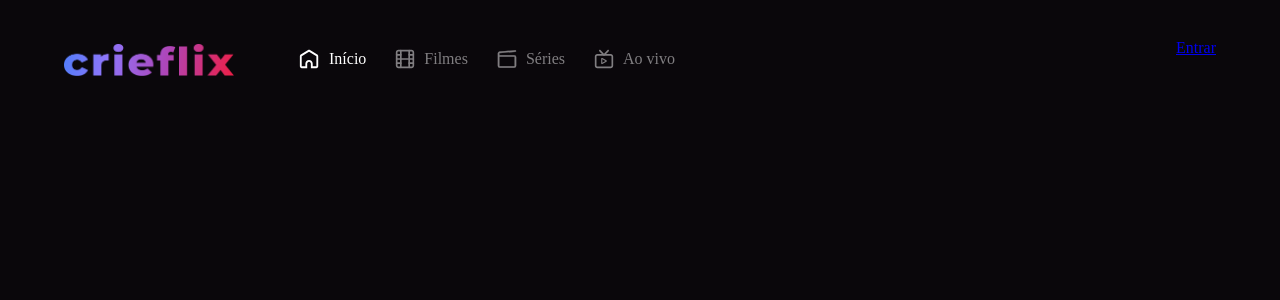
Repository: Carolden/CrieFlix
Page: index.html
An editor plug-in stored every save of this project. The page is shown before and after the next save, followed by the edit.
The browser window is 1280 px wide. The pictures show the whole page.

Above is the page before, as saved 2023-05-11 21:56:11.

### index.html
<!DOCTYPE html>
<html lang="pt-BR">
<head>
    <meta charset="UTF-8">
    <meta http-equiv="X-UA-Compatible" content="IE=edge">
    <meta name="viewport" content="width=device-width, initial-scale=1.0">
    <title>crieflix</title>

    <link rel="stylesheet" href="styles/base/base.css">
    <link rel="stylesheet" href="styles/components/button.css">
    <link rel="stylesheet" href="styles/layout/header.css">
    <link rel="stylesheet" href="styles/base/reset.css">

    <link rel="preconnect" href="https://fonts.googleapis.com">
    <link rel="preconnect" href="https://fonts.gstatic.com" crossorigin>
    <link href="https://fonts.googleapis.com/css2?family=Questrial&display=swap" rel="stylesheet">
</head>
<body>

        <header class="header">
        <img src="images/logo.png" alt="Logo da crieflix" class="header__logo">
        <nav class="header__menu">
            <a href="#" class="header__menu__item header__menu__item--active">
                <svg width="23" height="22" viewBox="0 0 23 22" xmlns="http://www.w3.org/2000/svg">
                    <path d="M18.375 18.3011V8.1706L11.0417 3.69633L3.70833 8.1706V18.3011H7.375V15.7377C7.375 14.7488 7.76131 13.8005 8.44894 13.1012C9.13658 12.402 10.0692 12.0091 11.0417 12.0091C12.0141 12.0091 12.9468 12.402 13.6344 13.1012C14.322 13.8005 14.7083 14.7488 14.7083 15.7377V18.3011H18.375ZM12.875 20.1654V15.7377C12.875 15.2433 12.6818 14.7691 12.338 14.4195C11.9942 14.0698 11.5279 13.8734 11.0417 13.8734C10.5554 13.8734 10.0891 14.0698 9.7453 14.4195C9.40149 14.7691 9.20833 15.2433 9.20833 15.7377V20.1654H3.70833C3.2221 20.1654 2.75579 19.969 2.41197 19.6193C2.06815 19.2697 1.875 18.7955 1.875 18.3011V8.1706C1.875 7.84866 1.95698 7.53221 2.11296 7.25206C2.26894 6.97191 2.49361 6.73761 2.76508 6.57198L10.0984 2.09771C10.3833 1.92386 10.7094 1.83203 11.0417 1.83203C11.374 1.83203 11.7 1.92386 11.9849 2.09771L19.3183 6.57198C19.5897 6.73761 19.8144 6.97191 19.9704 7.25206C20.1264 7.53221 20.2083 7.84866 20.2083 8.1706V18.3011C20.2083 18.7955 20.0152 19.2697 19.6714 19.6193C19.3275 19.969 18.8612 20.1654 18.375 20.1654H12.875Z" />
                </svg>
                <span>Início</span>
                <!-- span = container generico como div, mas com display inline, mais usado para textos (div tem display block) -->
                <!-- svg não recebe classe normalmente -->
            </a>
            <a href="#" class="header__menu__item">
                <svg width="22" height="22" viewBox="0 0 22 22" xmlns="http://www.w3.org/2000/svg">
                    <path d="M4.48203 3.4987C3.93895 3.4987 3.4987 3.93895 3.4987 4.48203V17.5154C3.4987 18.0584 3.93895 18.4987 4.48203 18.4987H17.5154C18.0584 18.4987 18.4987 18.0584 18.4987 17.5154V4.48203C18.4987 3.93895 18.0584 3.4987 17.5154 3.4987H4.48203ZM1.83203 4.48203C1.83203 3.01848 3.01848 1.83203 4.48203 1.83203H17.5154C18.9789 1.83203 20.1654 3.01848 20.1654 4.48203V17.5154C20.1654 18.9789 18.9789 20.1654 17.5154 20.1654H4.48203C3.01848 20.1654 1.83203 18.9789 1.83203 17.5154V4.48203Z" />
                    <path d="M6.83333 1.83203C7.29357 1.83203 7.66667 2.20513 7.66667 2.66536V19.332C7.66667 19.7923 7.29357 20.1654 6.83333 20.1654C6.3731 20.1654 6 19.7923 6 19.332V2.66536C6 2.20513 6.3731 1.83203 6.83333 1.83203Z" />
                    <path d="M15.1654 1.83203C15.6256 1.83203 15.9987 2.20513 15.9987 2.66536V19.332C15.9987 19.7923 15.6256 20.1654 15.1654 20.1654C14.7051 20.1654 14.332 19.7923 14.332 19.332V2.66536C14.332 2.20513 14.7051 1.83203 15.1654 1.83203Z" />
                    <path d="M1.83203 10.9974C1.83203 10.5372 2.20513 10.1641 2.66536 10.1641H19.332C19.7923 10.1641 20.1654 10.5372 20.1654 10.9974C20.1654 11.4576 19.7923 11.8307 19.332 11.8307H2.66536C2.20513 11.8307 1.83203 11.4576 1.83203 10.9974Z" />
                    <path d="M1.83203 6.83333C1.83203 6.3731 2.20513 6 2.66536 6H6.83203C7.29227 6 7.66536 6.3731 7.66536 6.83333C7.66536 7.29357 7.29227 7.66667 6.83203 7.66667H2.66536C2.20513 7.66667 1.83203 7.29357 1.83203 6.83333Z" />
                    <path d="M1.83203 15.1654C1.83203 14.7051 2.20513 14.332 2.66536 14.332H6.83203C7.29227 14.332 7.66536 14.7051 7.66536 15.1654C7.66536 15.6256 7.29227 15.9987 6.83203 15.9987H2.66536C2.20513 15.9987 1.83203 15.6256 1.83203 15.1654Z" />
                    <path d="M14.332 15.1654C14.332 14.7051 14.7051 14.332 15.1654 14.332H19.332C19.7923 14.332 20.1654 14.7051 20.1654 15.1654C20.1654 15.6256 19.7923 15.9987 19.332 15.9987H15.1654C14.7051 15.9987 14.332 15.6256 14.332 15.1654Z" />
                    <path d="M14.332 6.83333C14.332 6.3731 14.7051 6 15.1654 6H19.332C19.7923 6 20.1654 6.3731 20.1654 6.83333C20.1654 7.29357 19.7923 7.66667 19.332 7.66667H15.1654C14.7051 7.66667 14.332 7.29357 14.332 6.83333Z" />
                </svg>
                <span>Filmes</span>
            </a>
            <a href="#" class="header__menu__item">
                <svg width="22" height="22" viewBox="0 0 22 22" xmlns="http://www.w3.org/2000/svg">
                    <path d="M1.83203 5.50864C1.83203 4.502 2.59396 3.66166 3.59062 3.55931L3.63287 3.55543L19.3242 2.27994C19.7525 2.24513 20.128 2.56411 20.1628 2.9924C20.1968 3.41096 19.8929 3.77903 19.4793 3.82803L19.4503 3.83093L3.75887 5.10642C3.55722 5.12279 3.4002 5.28562 3.38885 5.48542L3.38794 7.23446C3.51609 7.208 3.64883 7.1941 3.78481 7.1941H18.2126C19.2911 7.1941 20.1654 8.06841 20.1654 9.14688V17.7721C20.1654 18.8506 19.2911 19.7248 18.2126 19.7248H3.78481C2.70634 19.7248 1.83203 18.8506 1.83203 17.7721V5.50864ZM18.2126 8.75021H3.78481C3.56575 8.75021 3.38814 8.92782 3.38814 9.14688V17.7721C3.38814 17.9911 3.5657 18.1687 3.78481 18.1687H18.2126C18.4317 18.1687 18.6092 17.9912 18.6092 17.7721V9.14688C18.6092 8.92777 18.4316 8.75021 18.2126 8.75021Z" />
                    <path d="M20.0654 2.99895C20.0351 2.6257 19.7079 2.34772 19.3347 2.37806L3.64437 3.65345L3.60265 3.65729C2.65716 3.75465 1.93438 4.55199 1.93438 5.50708V17.7706C1.93438 18.7938 2.76391 19.6232 3.78716 19.6232H18.215C19.2382 19.6232 20.0677 18.7938 20.0677 17.7706V9.14533C20.0677 8.12208 19.2382 7.29255 18.215 7.29255H3.78716C3.658 7.29255 3.53204 7.30575 3.41051 7.33084L3.29022 7.35567L3.29119 5.47818C3.30536 5.22883 3.50142 5.02563 3.75312 5.0052L19.4427 3.72987L19.4527 3.82937L19.4446 3.7297L19.4699 3.72717L19.4817 3.82643L19.4717 3.72697C19.8316 3.68385 20.0951 3.36339 20.0654 2.99895ZM19.3185 2.17871C19.8018 2.13943 20.2255 2.4994 20.2648 2.98274C20.3032 3.45512 19.9603 3.87047 19.4935 3.92578L19.4916 3.92598L19.4608 3.92906L3.76931 5.20454C3.61861 5.21677 3.50094 5.33786 3.49119 5.48693L3.49035 7.11386C3.5873 7.09981 3.68641 7.09255 3.78716 7.09255H18.215C19.3487 7.09255 20.2677 8.01163 20.2677 9.14533V17.7706C20.2677 18.9043 19.3487 19.8232 18.215 19.8232H3.78716C2.65347 19.8232 1.73438 18.9043 1.73438 17.7706V5.50708C1.73438 4.44907 2.53518 3.56585 3.58275 3.45828L3.58381 3.45817L3.62711 3.4542L19.3185 2.17871ZM3.29048 9.14533C3.29048 8.87104 3.51287 8.64865 3.78716 8.64865H18.215C18.4892 8.64865 18.7115 8.87101 18.7115 9.14533V17.7706C18.7115 18.0448 18.4893 18.2671 18.215 18.2671H3.78716C3.51284 18.2671 3.29048 18.0448 3.29048 17.7706V9.14533ZM3.78716 8.84865C3.62332 8.84865 3.49048 8.9815 3.49048 9.14533V17.7706C3.49048 17.9343 3.62325 18.0671 3.78716 18.0671H18.215C18.3788 18.0671 18.5115 17.9344 18.5115 17.7706V9.14533C18.5115 8.98142 18.3787 8.84865 18.215 8.84865H3.78716Z" />
                </svg>
                <span>Séries</span>
            </a>
            <a href="#" class="header__menu__item">
                <svg width="22" height="22" viewBox="0 0 22 22" xmlns="http://www.w3.org/2000/svg">
                    <path d="M4.33203 7.66667C3.87179 7.66667 3.4987 8.03976 3.4987 8.5V17.6667C3.4987 18.1269 3.87179 18.5 4.33203 18.5H17.6654C18.1256 18.5 18.4987 18.1269 18.4987 17.6667V8.5C18.4987 8.03976 18.1256 7.66667 17.6654 7.66667H4.33203ZM1.83203 8.5C1.83203 7.11929 2.95132 6 4.33203 6H17.6654C19.0461 6 20.1654 7.11929 20.1654 8.5V17.6667C20.1654 19.0474 19.0461 20.1667 17.6654 20.1667H4.33203C2.95132 20.1667 1.83203 19.0474 1.83203 17.6667V8.5Z" />
                    <path d="M6.24408 2.07611C6.56951 1.75067 7.09715 1.75067 7.42259 2.07611L11 5.65352L14.5774 2.07611C14.9028 1.75067 15.4305 1.75067 15.7559 2.07611C16.0814 2.40155 16.0814 2.92918 15.7559 3.25462L11.5893 7.42129C11.2638 7.74672 10.7362 7.74672 10.4107 7.42129L6.24408 3.25462C5.91864 2.92918 5.91864 2.40155 6.24408 2.07611Z" />
                    <path d="M9.00911 16.1669C8.86745 16.1669 8.71745 16.1336 8.59245 16.0503C8.33411 15.9003 8.17578 15.6253 8.17578 15.3336V10.8253C8.17578 10.5253 8.33411 10.2503 8.59245 10.1086C8.85078 9.95859 9.16745 9.95859 9.42578 10.1086L13.3924 12.3669C13.6508 12.5169 13.8174 12.7919 13.8174 13.0919C13.8174 13.3919 13.6591 13.6669 13.3924 13.8169L9.42578 16.0753C9.29245 16.1253 9.15078 16.1669 9.00911 16.1669ZM9.30911 11.3086V14.8419L12.4091 13.0753L9.30911 11.3086Z" />
                </svg>
                <span>Ao vivo</span>
            </a>
        </nav>

        <a href="#" class="button">Entrar</a>
    </header>

</body>
</html>

### styles/base/base.css
* {
    box-sizing: border-box;
}

body {
    font-family: 'Questrial', sans-serif;
    font-size: 16px;
    background-color: #0A070B;
}

### styles/components/button.css
.button {
    height: 40px;

}

### styles/layout/header.css
.header {
    display: flex;
    align-items: center;
    width: 100%;
    padding: 40px 64px;
}

.header__logo {
    width: 170px;
    margin-right: 64px;
}

.header__menu {
    margin-right: auto;
    margin-left: 0;
}

.header__menu__item {
    text-decoration: none;
    display: inline-flex;
    align-items: center;
    margin-right: 24px;
    color: #807E81;
}

.header__menu__item svg{
    margin-right: 8px;
    /* fill = troca cor do icone svg */
    fill: #807E81;
}

.header__menu__item--active {
    color: #FFFFFF;
}

.header__menu__item--active svg {
    fill: #FFFFFF;
}

Loaded but not shown: styles/base/reset.css (common file)

After the next save:
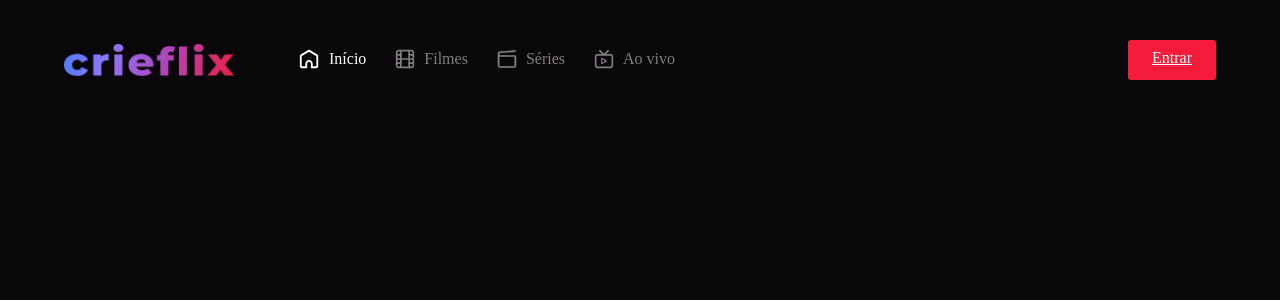
Saved 59 s later.
--- a/styles/components/button.css
+++ b/styles/components/button.css
@@ -1,4 +1,9 @@
 .button {
     height: 40px;
+    padding: 10px 24px;
+    background-color: #F41B3B;
+    border-radius: 3px;
+    color: #FFFFFF;
+
 
 }
